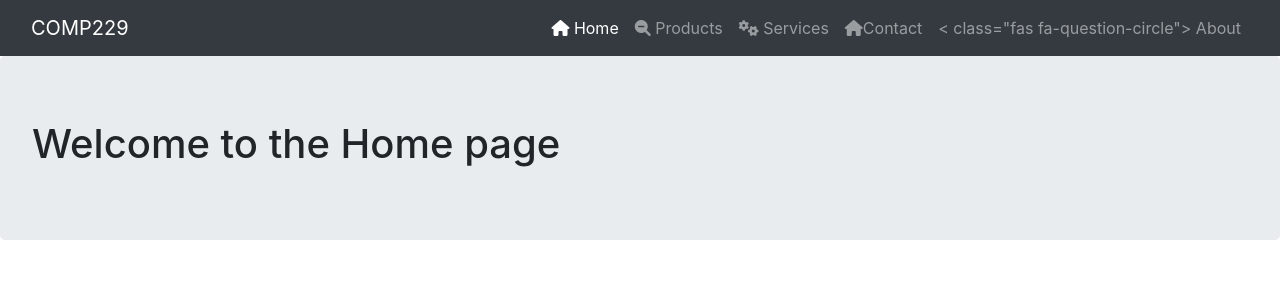
Repository: arsh16/week3_demo2
Page: http://localhost/
An editor plug-in stored every save of this project. The page is shown before and after the next save, followed by the edit.
The browser window is 1280 px wide. The pictures show the whole page.
Some web libraries are served in a nearby version. The page is served by the project's Node server (server.js). Other server files are loaded and not shown.

Above is the page before, as saved 2021-09-30 11:47:55.

### views/index.ejs
<!DOCTYPE html>
<html lang="en">
<head>
  <meta charset="UTF-8">
  <meta http-equiv="X-UA-Compatible" content="IE=edge">
  <meta name="viewport" content="width=device-width, initial-scale=1.0">
  <title><%= title %></title>

  <!--css-->
  <link rel='stylesheet' href='/Content/app.css' />

<!--These stylesheets were saying 404 in console-->

  <!--<link rel="stylesheet" href="/bootstrap/dist/bootstrap.min.css">
  <link rel="stylesheet" href='/@fortawesome/fontawesome-free/css/all.min.css'-->

  <link rel="stylesheet" href="https://cdn.jsdelivr.net/npm/bootstrap@4.6.0/dist/css/bootstrap.min.css" integrity="sha384-B0vP5xmATw1+K9KRQjQERJvTumQW0nPEzvF6L/Z6nronJ3oUOFUFpCjEUQouq2+l" crossorigin="anonymous">
 <link rel="stylesheet" href="https://cdnjs.cloudflare.com/ajax/libs/font-awesome/6.0.0-beta2/css/all.min.css" integrity="sha512-YWzhKL2whUzgiheMoBFwW8CKV4qpHQAEuvilg9FAn5VJUDwKZZxkJNuGM4XkWuk94WCrrwslk8yWNGmY1EduTA==" crossorigin="anonymous" referrerpolicy="no-referrer" />


</head>

<!--body-->
<body>

  <!--main nav-->
  <nav class="navbar navbar-expand-lg navbar-dark bg-dark" style="color: aliceblue;">
    <div class="container-fluid">
      <a class="navbar-brand" href="/home">COMP229</a>
      <button class="navbar-toggler" type="button" data-bs-toggle="collapse" data-bs-target="#navbarSupportedContent" aria-controls="navbarSupportedContent" aria-expanded="false" aria-label="Toggle navigation">
        <span class="navbar-toggler-icon"></span>
      </button>

      <div class="collapse navbar-collapse" id="navbarSupportedContent">
        <ul class="navbar-nav ml-auto mb-2 mb-lg-0">

          <li class="nav-item">
            <a class="nav-link active" aria-current="page" href="/home"><i class="fas fa-home"></i> Home </a>
          </li>

          <li class="nav-item">
            <a class="nav-link" href="/products"><i class="fas fa-search-minus"></i> Products </a>
          </li>

             <li class="nav-item">
            <a class="nav-link" href="/services"><i class="fas fa-cogs"></i> Services </a>
          </li>

             <li class="nav-item">
            <a class="nav-link" href="/contact"><i class="fas fa-home"></i>Contact </a>
          </li>

           <li class="nav-item">
            <a class="nav-link" href="/about">< class="fas fa-question-circle"> </i>About </a>


        </ul>

      </div>
    </div>
  </nav>

  <main><div class="jumbotron">
    <h1>Welcome to the <%= title %> page</h1>

  </div>
  </main>

  <!--scripts-->
  <script src="https://ajax.googleapis.com/ajax/libs/jquery/2.1.1/jquery.min.js"></script>
 <!-- <script src="/jquery/dist/jquery.min.js"></script>-->
  <script src="/Scripts/app.js"></script>
</body>
</html>

### server.js
#!/usr/bin/env node

/**
 * Module dependencies.
 */

var app = require('./app');
var debug = require('debug')('assignment1:server');
var http = require('http');

/**
 * Get port from environment and store in Express.
 */

var port = normalizePort(process.env.PORT || '3000');
app.set('port', port);

/**
 * Create HTTP server.
 */

var server = http.createServer(app);

/**
 * Listen on provided port, on all network interfaces.
 */

server.listen(port);
server.on('error', onError);
server.on('listening', onListening);

/**
 * Normalize a port into a number, string, or false.
 */

function normalizePort(val) {
  var port = parseInt(val, 10);

  if (isNaN(port)) {
    // named pipe
    return val;
  }

  if (port >= 0) {
    // port number
    return port;
  }

  return false;
}

/**
 * Event listener for HTTP server "error" event.
 */

function onError(error) {
  if (error.syscall !== 'listen') {
    throw error;
  }

  var bind = typeof port === 'string'
    ? 'Pipe ' + port
    : 'Port ' + port;

  // handle specific listen errors with friendly messages
  switch (error.code) {
    case 'EACCES':
      console.error(bind + ' requires elevated privileges');
      process.exit(1);
      break;
    case 'EADDRINUSE':
      console.error(bind + ' is already in use');
      process.exit(1);
      break;
    default:
      throw error;
  }
}

/**
 * Event listener for HTTP server "listening" event.
 */

function onListening() {
  var addr = server.address();
  var bind = typeof addr === 'string'
    ? 'pipe ' + addr
    : 'port ' + addr.port;
  debug('Listening on ' + bind);
}

### routes/index.js
var express = require('express');
var router = express.Router();

/* GET home page. */
router.get('/', function(req, res, next) {
  res.render('index', { title: 'Home' });
});

router.get('/home', function(req, res, next) {
  res.render('index', { title: 'Home' });
});


router.get('/about', function(req, res, next) {
  res.render('index', { title: 'About' });
});

router.get('/products', function(req, res, next) {
  res.render('index', { title: 'Products'});
});

router.get('/services', function(req, res, next) {
  res.render('index', { title: 'Services' });
});

router.get('/contact', function(req, res, next) {
  res.render('index', { title: 'Contact' });
});

module.exports = router;

### app.js
let createError = require('http-errors');
let express = require('express');
let path = require('path');
let cookieParser = require('cookie-parser');
let logger = require('morgan');

let indexRouter = require('./routes/index');
let usersRouter = require('./routes/users');

let app = express();

// view engine setup
app.set('views', path.join(__dirname, 'views'));
app.set('view engine', 'ejs');

app.use(logger('dev'));
app.use(express.json());
app.use(express.urlencoded({ extended: false }));
app.use(cookieParser());
app.use(express.static(path.join(__dirname, 'public')));

app.use('/', indexRouter);
app.use('/users', usersRouter);

// catch 404 and forward to error handler
app.use(function(req, res, next) {
  next(createError(404));
});

// error handler
app.use(function(err, req, res, next) {
  // set locals, only providing error in development
  res.locals.message = err.message;
  res.locals.error = req.app.get('env') === 'development' ? err : {};

  // render the error page
  res.status(err.status || 500);
  res.render('error');
});

module.exports = app;

### public/Content/app.css
/*-custom css--*/

### public/Scripts/app.js
/*IIFE*/

(function()
{
    function Start()
    {
        console.log("App started...");
    }
    window.addEventListener("load", Start);
})();

After the next save:
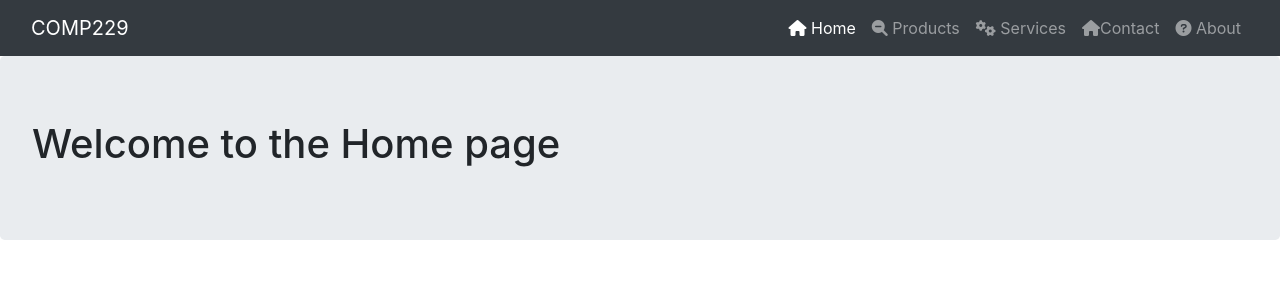
Saved 15 s later.
--- a/views/index.ejs
+++ b/views/index.ejs
@@ -51,7 +51,7 @@
           </li>
 
            <li class="nav-item">
-            <a class="nav-link" href="/about">< class="fas fa-question-circle"> </i>About </a>
+            <a class="nav-link" href="/about"><i class="fas fa-question-circle"></i> About </a>
 
 
         </ul>
